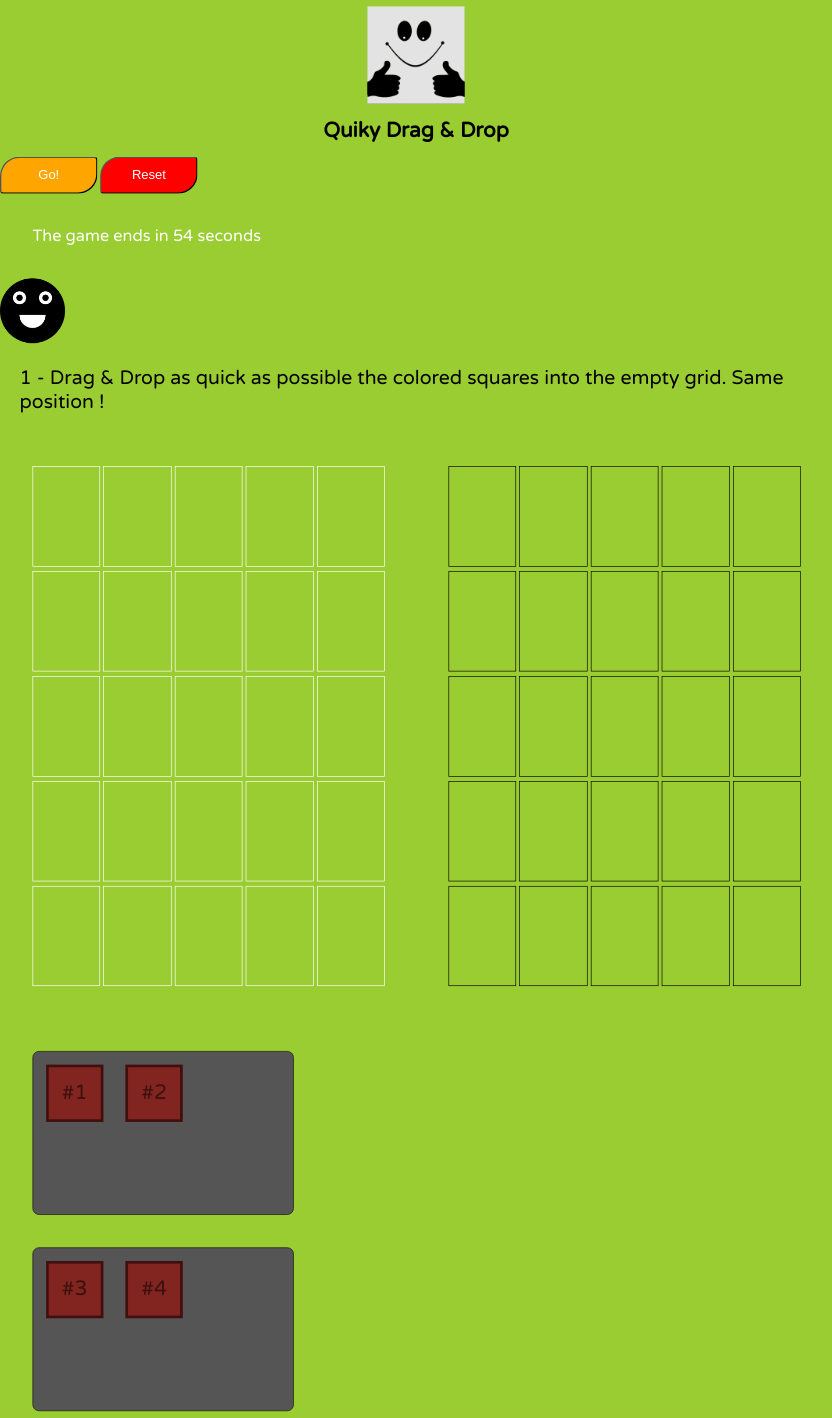
Repository: Siehan/Quiky-drag-and-drop
Page: index.html
An editor plug-in stored every save of this project. The page is shown before and after the next save, followed by the edit.
The browser window is 1280 px wide. The pictures show the whole page, at 65% of full size.

Above is the page before, as saved 2020-01-22 15:13:24.
Console error: TypeError: Cannot read properties of null (reading 'addEventListener')

### index.html
<!DOCTYPE html>
<html lang="en">

<head>
  <meta charset="UTF-8">
  <meta name="viewport" content="width=device-width, initial-scale=1.0">
  <meta http-equiv="X-UA-Compatible" content="ie=edge">
  <link rel="stylesheet" type="text/css" href="style.css">
  <script type="module" src="grid.js"></script>
  <script type="text/javascript"></script>
  <title>Document</title>
</head>

<body>
  <header>
    <img class="thumbs-face" src="images/Thumbs-Up-Smiley-Face.png" alt="thumbs face">
    <h1>Quiky Drag & Drop</h1>
    <button id="button-go">Go!</button>
    <button id="button-reset">Reset</button>
  </header>

  <div id="time"></div>
  <img class="black-face" src="images/1297390581.png" alt="black face">

  <p>1 - Drag & Drop as quick as possible the colored squares into the empty grid. Same position !</p>
  <div id="container">

    <div class="container-one"></div>
    <div class="container-two"></div>
  </div>

  <div class="dropper">
    <div class="draggable">#1</div>
    <div class="draggable">#2</div>
  </div>
  <div class="dropper">
    <div class="draggable">#3</div>
    <div class="draggable">#4</div>
  </div>

</body>

</html>

### style.css
@import url("https://fonts.googleapis.com/css?family=Varela+Round&display=swap");

body, html {
  font-family: 'Varela Round', sans-serif;
  background: yellowgreen;
  margin: 0 auto;
  padding: 0;
}

#button-go {
  width: 150px;
  color: white;
  font-size: 20px;
  background-color: orange;
  padding: 15px;
  border-radius: 30px 5px;
}

#button-reset {
  width: 150px;
  color: white;
  font-size: 20px;
  background-color: red;
  padding: 15px;
  border-radius: 30px 5px;
}

h1 {
  color: or;
  text-align: center;
  border-style: 1px black;
}

p {
  padding: 30px;
  margin: auto;
  font-family: 'Varela Round', sans-serif;
  font-size: 30px;
  color: black;
}

.black-face {
  width: 100px;
}

.thumbs-face {
  width: 150px;
  display: block;
  margin-left: auto;
  margin-right: auto;
  padding-top: 10px;
  margin: auto;
}


#container {
  display: flex;
}

.container-one {
  display: grid;
  padding: 50px;
  grid-template-columns: repeat(5,1fr);
  grid-template-rows: repeat(5,1fr);
  width: 800px;
  height: 800px;
  grid-gap: 7px;
}

.container-two {
  display: grid;
  padding: 50px;
  grid-template-columns: repeat(5,1fr);
  grid-template-rows: repeat(5,1fr);
  width: 800px;
  height: 800px;
  grid-gap: 7px;
}

.container-one div {
  border: 1.5px solid white;
  width: 100%;
}

.container-two div {
  border: 1.5px solid black;
  width: 100%;
}

#time {
  padding: 50px;
  margin: auto;
  color: white;
  font-size: 25px;
}

.dropper {
    margin: 50px 10px 10px 50px;
    width: 400px;
    height: 250px;
    background-color: #555;
    border: 1px solid #111;

    border-radius: 10px;
    transition: all 200ms linear;
}

.drop_hover {
    box-shadow: 0 0 30px rgba(0, 0, 0, 0.8) inset;
}

.draggable {
    display: inline-block;
    margin: 20px 10px 10px 20px;
    padding-top: 20px;
    width: 80px;
    height: 60px;
    color: #3D110F;
    background-color: #822520;
    border: 4px solid #3D110F;
    text-align: center;
    font-size: 2em;
    cursor: move;

    transition: all 200ms linear;
    user-select: none;
}

### grid.js
function selectGeometricForms() {
    const btn = document.getElementById("button-go");
    const btnReset = document.getElementById("button-reset");
}

function setBlockColor() {
    const cases = document.querySelectorAll(".container-one div");
    cases.forEach(
        c =>
            c.style.background = getRandomColor())
}

function getRandomColor() {
    var letters = '0123456789ABCDEF';
    var color = '#';
    for (var i = 0; i < 6; i++) {
        color += letters[Math.floor(Math.random() * 16)];
    }
    return color;
}

function hourglass(id, cpt, lim, prev, next, callback) {
    (function f() {
        var el = document.getElementById(id);
        el.innerHTML = prev + cpt + next;
        if (cpt > lim) {
            cpt--;
            setTimeout(f, 999);
        } else if (callback) {
            callback();
        }
    })();
}

window.onload = function () {
    hourglass('time', 59, 0, 'The game ends in ', ' seconds', function () {
        alert("Game over !");
    });
};

for (let i = 0; i <= 24; i++) {
    var containerOne = document.querySelector(".container-one");
    var newDiv = document.createElement("div");
    newDiv.className = ("caseOne-" + i + " caseTableau1")
    containerOne.appendChild(newDiv);

}
console.log(containerOne);

for (let i = 0; i <= 24; i++) {
    var containerTwo = document.querySelector(".container-two");
    var newDiv2 = document.createElement("div");
    newDiv2.className = ("caseTwo-" + i + " caseTableau2")
    containerTwo.appendChild(newDiv2);
}
console.log(containerTwo);

var dragImg = new Image();
dragImg.src = 'drag_img.png';

document.querySelector('*[draggable="true"]').addEventListener('dragstart', function (e) {

    e.dataTransfer.setDragImage(dragImg, 40, 40); // Une position de 40x40 pixels centrera l'image (de 80x80 pixels) sous le curseur

});
(function () {

    var dndHandler = {

        draggedElement: null, // Propriété pointant vers l'élément en cours de déplacement

        applyDragEvents: function (element) {

            element.draggable = true;

            var dndHandler = this; // Cette variable est nécessaire pour que l'événement « dragstart » ci-dessous accède facilement au namespace « dndHandler »

            element.addEventListener('dragstart', function (e) {
                dndHandler.draggedElement = e.target; // On sauvegarde l'élément en cours de déplacement
                e.dataTransfer.setData('text/plain', ''); // Nécessaire pour Firefox
            });

        },

        applyDropEvents: function (dropper) {

            dropper.addEventListener('dragover', function (e) {
                e.preventDefault(); // On autorise le drop d'éléments
                this.className = 'dropper drop_hover'; // Et on applique le style adéquat à notre zone de drop quand un élément la survole
            });

            dropper.addEventListener('dragleave', function () {
                this.className = 'dropper'; // On revient au style de base lorsque l'élément quitte la zone de drop
            });

            var dndHandler = this; // Cette variable est nécessaire pour que l'événement « drop » ci-dessous accède facilement au namespace « dndHandler »

            dropper.addEventListener('drop', function (e) {

                var target = e.target,
                    draggedElement = dndHandler.draggedElement, // Récupération de l'élément concerné
                    clonedElement = draggedElement.cloneNode(true); // On créé immédiatement le clone de cet élément

                while (target.className.indexOf('dropper') == -1) { // Cette boucle permet de remonter jusqu'à la zone de drop parente
                    target = target.parentNode;
                }

                target.className = 'dropper'; // Application du style par défaut

                clonedElement = target.appendChild(clonedElement); // Ajout de l'élément cloné à la zone de drop actuelle
                dndHandler.applyDragEvents(clonedElement); // Nouvelle application des événements qui ont été perdus lors du cloneNode()

                draggedElement.parentNode.removeChild(draggedElement); // Suppression de l'élément d'origine

            });

        }

    };

    var elements = document.querySelectorAll('.draggable'),
        elementsLen = elements.length;

    for (var i = 0; i < elementsLen; i++) {
        dndHandler.applyDragEvents(elements[i]); // Application des paramètres nécessaires aux éléments déplaçables
    }

    var droppers = document.querySelectorAll('.dropper'),
        droppersLen = droppers.length;

    for (var i = 0; i < droppersLen; i++) {
        dndHandler.applyDropEvents(droppers[i]); // Application des événements nécessaires aux zones de drop
    }

})();


setBlockColor()

After the next save:
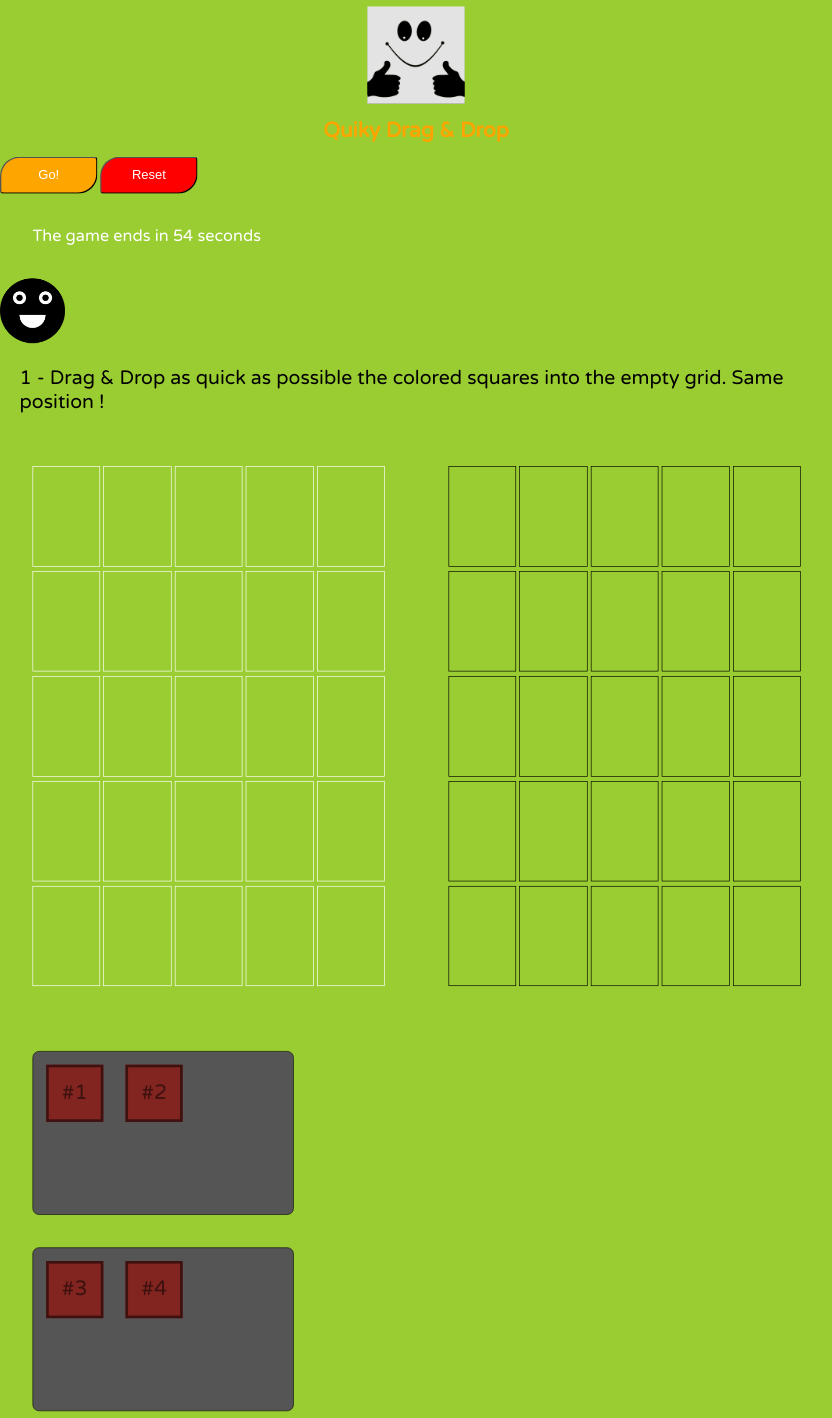
Saved 6 s later.
--- a/style.css
+++ b/style.css
@@ -26,7 +26,7 @@
 }
 
 h1 {
-  color: or;
+  color: orange;
   text-align: center;
   border-style: 1px black;
 }

After the 2 saves that followed:
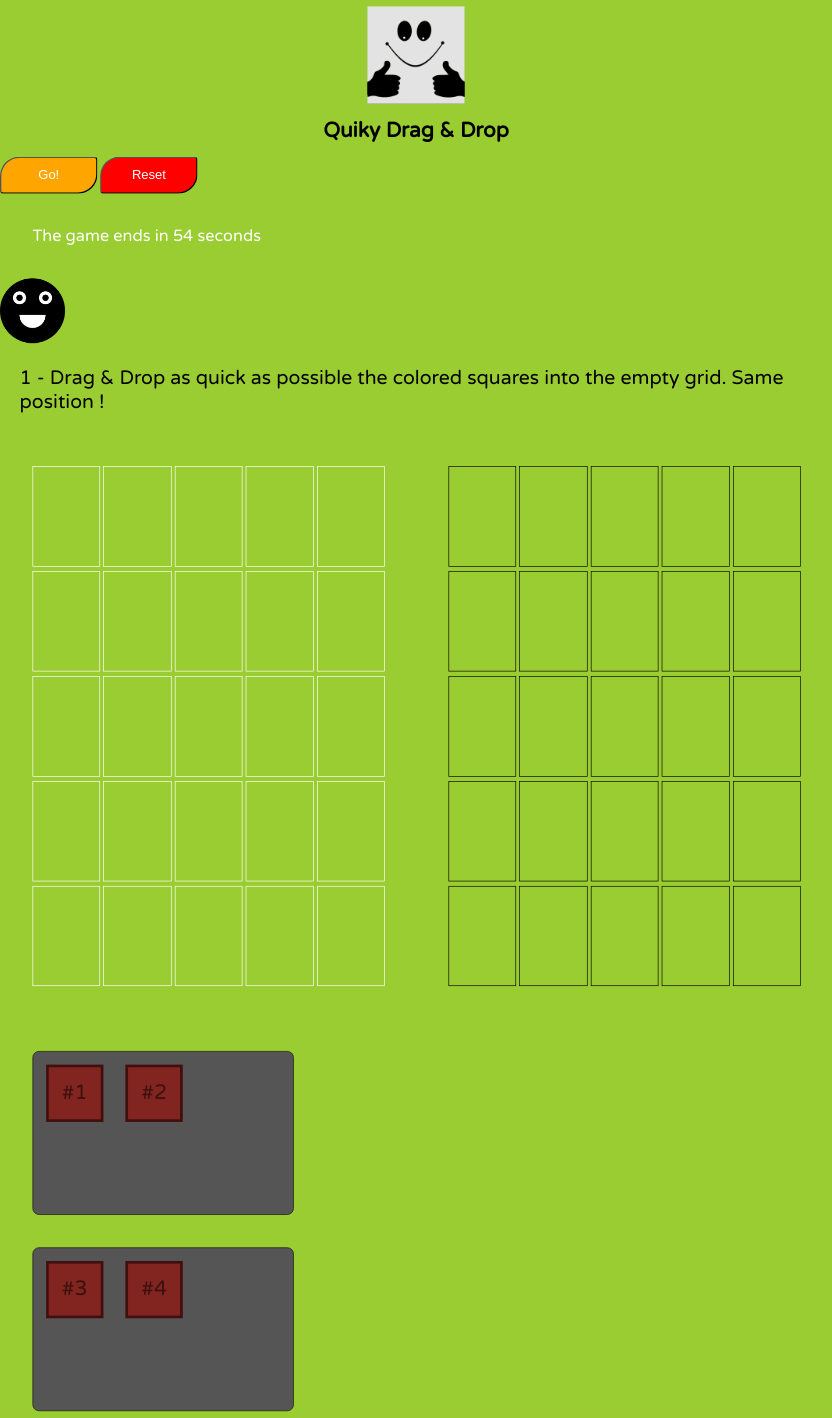
The 2 saves are shown as one change because 1 left the picture as it was.
The last was saved 16 s later.
--- a/style.css
+++ b/style.css
@@ -26,9 +26,9 @@
 }
 
 h1 {
-  color: orange;
+  color: black;
   text-align: center;
-  border-style: 1px black;
+  border-style: 2px black;
 }
 
 p {
